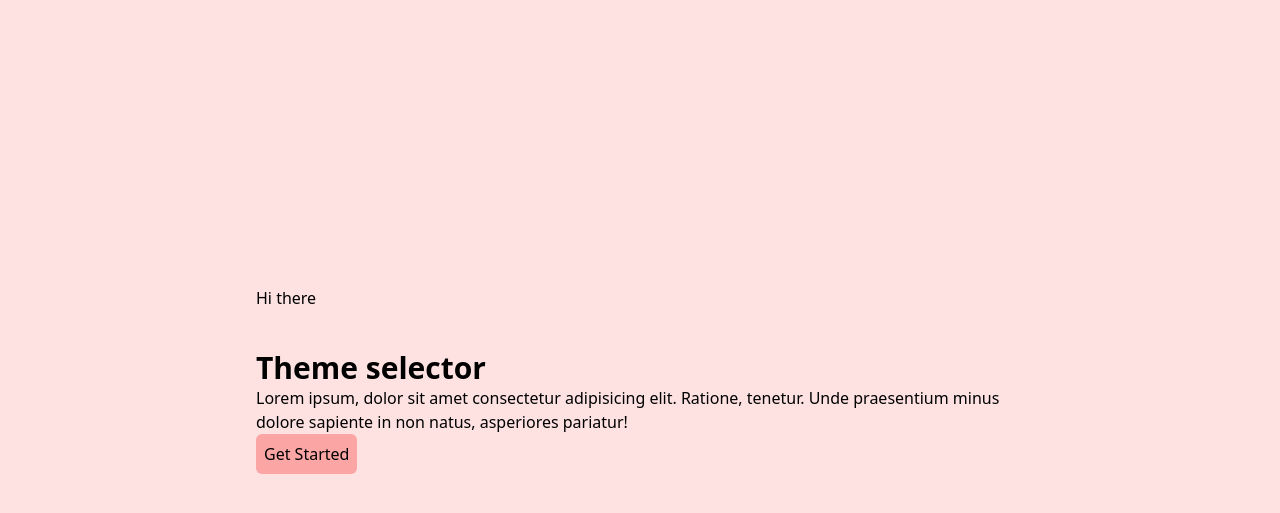
Repository: prince-bansal/tailwind-theme-switcher
Page: /
The author's editor kept a copy of each file at every save. The page is drawn from the files as they stood at one save, then again after the next save.
The browser window is 1280 px wide. The pictures show the whole page.
The project was rebuilt for these pictures with package versions that can differ from the ones it lists, and the page was loaded fresh each time. Also part of the build but not shown: vite.config.ts, src/App.css.

Above is the page before, as saved 2024-03-17 19:08:43.

### src/App.tsx
import './App.css'

function App() {

  return (
    <div className="bg-red-100 min-h-screen flex items-center justify-center">
      <div className='w-[60%] m-auto'>
        <p className='my-10'>Hi there</p>
        <h1 className="text-3xl font-bold">Theme selector</h1>
        <p>
          Lorem ipsum, dolor sit amet consectetur adipisicing elit. Ratione,
          tenetur. Unde praesentium minus dolore sapiente in non natus,
          asperiores pariatur!
        </p>
        <button className="bg-red-300 p-2 rounded-md">Get Started</button>
      </div>{" "}
    </div>
  );
}

export default App

Loaded but not shown: index.html (common file); src/main.tsx (common file); src/index.css (common file); tailwind.config.js (common file)

After the next save:
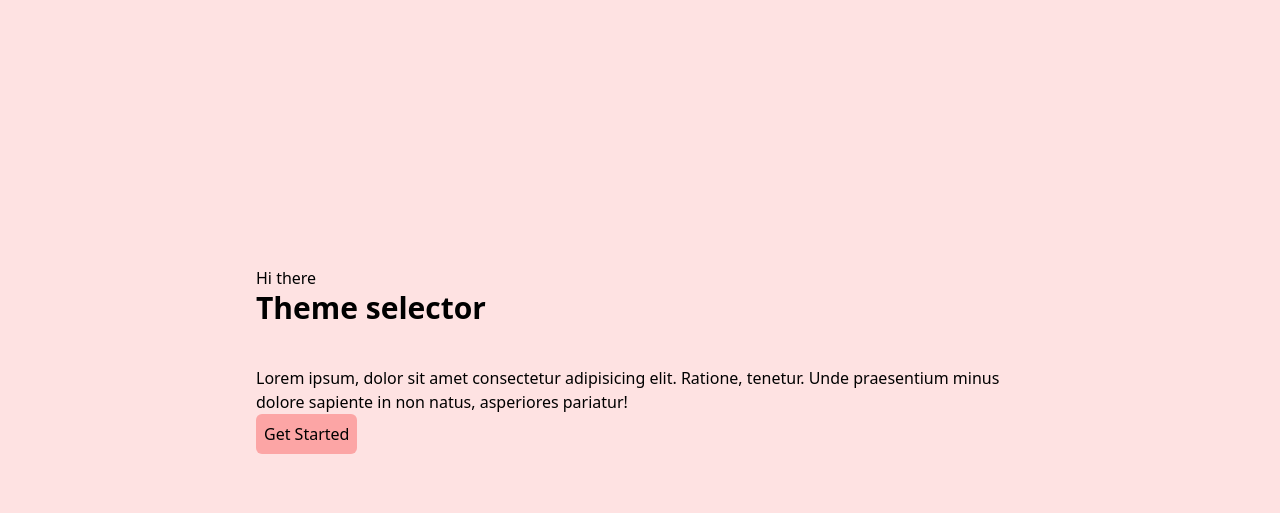
Saved 7 s later.
--- a/src/App.tsx
+++ b/src/App.tsx
@@ -5,8 +5,8 @@ function App() {
   return (
     <div className="bg-red-100 min-h-screen flex items-center justify-center">
       <div className='w-[60%] m-auto'>
-        <p className='my-10'>Hi there</p>
-        <h1 className="text-3xl font-bold">Theme selector</h1>
+        <p>Hi there</p>
+        <h1 className="text-3xl mb-10 font-bold">Theme selector</h1>
         <p>
           Lorem ipsum, dolor sit amet consectetur adipisicing elit. Ratione,
           tenetur. Unde praesentium minus dolore sapiente in non natus,
